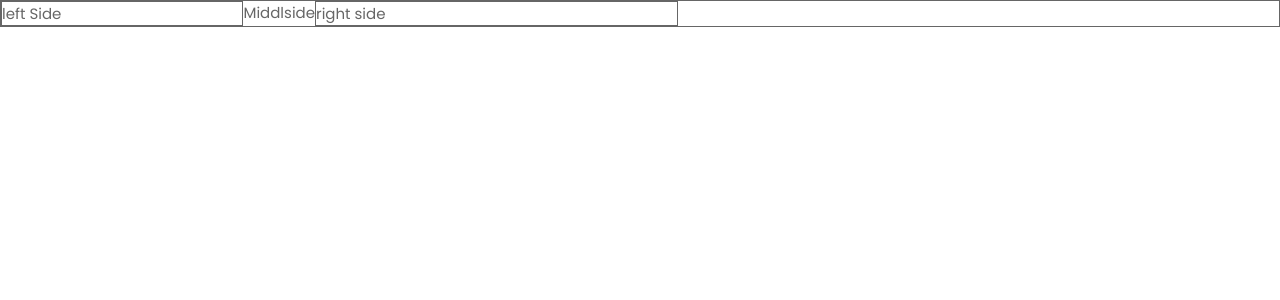
Repository: phantinhtam/IT_Moments
Page: / (app in client/)
The author's editor kept a copy of each file at every save. The page is drawn from the files as they stood at one save, then again after a run of saves.
The browser window is 1280 px wide. The pictures show the whole page.
The project was rebuilt for these pictures with package versions that can differ from the ones it lists, and the page was loaded fresh each time. Also part of the build but not shown: client/src/slide.css, client/src/comporments/Header.jsx, client/src/comporments/Footer.jsx, client/src/comporments/Layout.jsx, client/src/pages/ErrorPage.jsx, client/src/comporments/PostAuthor.jsx, client/src/comporments/PostItem.jsx, client/src/data.js and 7 more.

Above is the page before, as saved 2024-08-24 10:34:41.

### client/public/index.html
<!DOCTYPE html>
<html lang="en">
  <head>
    <meta charset="utf-8" />
    <meta name="viewport" content="width=device-width, initial-scale=1" />
    <meta name="theme-color" content="#000000" />
    <meta
      name="description"
      content="Web site created using create-react-app"
    />


    <title>React App</title>
  </head>
  <body>
    <noscript>You need to enable JavaScript to run this app.</noscript>
    <div id="root"></div>

  </body>
</html>

### client/src/index.js
import React from 'react';
import ReactDOM from 'react-dom/client';
import {RouterProvider, createBrowserRouter } from 'react-router-dom';
import './index.css';
import './slide.css';
import Layout from './comporments/Layout';
import ErrorPage from './pages/ErrorPage';
import Home from './pages/Home';
import PostDetail from './pages/PostDetail';
import Create from './pages/Create'
import Authors from './pages/Authors'
import PostDetail1 from './pages/Post_Detail1';
import App from './IG/App';



const router = createBrowserRouter([
  {
    path: "/",
    element:<Layout/>,
    errorElement: <ErrorPage/>,
    children: [
         {index: true, element: <Home /> },
         {path: "posts/:id", element: <PostDetail />},
         {path: "post/:id", element: <PostDetail1 />},
         {path: "authors", element: <Authors />},
         {path: "create", element: <Create />},



    ]

  }
])

const root = ReactDOM.createRoot(document.getElementById('root'));
root.render(
  <React.StrictMode>
    {/* <RouterProvider router={router}/> */}
    <App/>
  </React.StrictMode>
);

### client/src/index.css
/*=============== GOOGLE FONTS ===============*/
@import url("https://fonts.googleapis.com/css2?family=Lora:wght@400;500&family=Poppins:wght@400;500&display=swap");

/*=============== VARIABLES CSS ===============*/
:root {
  --header-height: 3.5rem;

  /*========== Colors ==========*/
  /*Color mode HSL(hue, saturation, lightness)*/
  --first-color: hsl(237, 57%, 55%);
  --second-color: hsl(221, 76%, 47%);
  --gradient-color: linear-gradient(75deg,
      var(--second-color) 12%,
      var(--first-color) 90%);
  --first-color-light: hsl(245, 53%, 26%);
  --first-color-dark: hsl(201, 41%, 46%);
  --title-color: hsl(260, 80%, 18%);
  --text-color: hsl(0, 0%, 100%);
  --text-color-light: hsl(260, 16%, 65%);
  --white-color: hsl(0, 0%, 100%);
  --body-color: hsl(0, 0%, 100%);
  --container-color: hsl(0, 0%, 100%);

  /*========== Font and typography ==========*/
  /*.5rem = 8px | 1rem = 16px ...*/
  --body-font: "Poppins", sans-serif;
  --second-font: "Lora", serif;
  --biggest-font-size: 2.75rem;
  --bigger-font-size: 2rem;
  --big-font-size: 1.75rem;
  --h1-font-size: 1.5rem;
  --h2-font-size: 1.25rem;
  --h3-font-size: 1rem;
  --normal-font-size: .938rem;
  --small-font-size: .813rem;
  --smaller-font-size: .75rem;

  /*========== Font weight ==========*/
  --font-width: 50%;
  --font-medium: 500;

  /*========== z index ==========*/
  --z-tooltip: 10;
  --z-fixed: 100;
}

/*========== Responsive typography ==========*/
@media screen and (min-width: 1152px) {
  :root {
    --container-color: #f0f0f0;
    --first-color: hsl(221, 33%, 81%);
    --title-color: #333;
    --text-color: #666;
    --body-color: #fff;
  }
}

/*=============== BASE ===============*/
* {
  box-sizing: border-box;
  padding: 0;
  margin: 0;
}

html {
  scroll-behavior: smooth;
}

body,
input,
button {
  font-family: var(--body-font);
  font-size: var(--normal-font-size);
}

body {
  background-color: var(--body-color);
  color: var(--text-color);
}

h1,
h2,
h3,
h4 {
  color: var(--title-color);
  font-weight: var(--font-regular);
}

ul {
  list-style: none;
}

a {
  text-decoration: none;
}

img {
  max-width: 100%;
  height: auto;
}

/*============Header===========*/

section {
  margin-top: 10rem;
}

.container {
  width: var(--container-color);
  margin-inline: auto;
}

.btn {
  display: inline-block;
  width: fit-content;
  padding: 0.55rem 1rem;
  border-radius: var(--gradient-color);
  background: var(--white-color);
  font-weight: 400;
  cursor: pointer;
  transition: all;
}

.btn.primary {
  background: var(--first-color);
  color: rgb(59, 59, 170);
}

.btn.category {
  background: var(--first-color);
  color: var(--container-color);
  font-size: 0.75rem;
  font-weight: 400;
}

.btn.sm {
  font-size: 0.8rem;
  padding: 0.3rem 0.7rem;
  font-weight: 500;
}


.center {
  text-align: center;
  padding-top: 5rem;
  margin-inline: center;
  display: block;
  width: 100%;
}

/*============================= NAVIGATION ==========================*/
/* nav {
  width: 100%;
  height: 3rem;
  display: grid;
  place-items: center;
  background: rgba(232, 232, 232, 0.599);
  position: fixed;
  top: 0;
  left: 0;
  z-index: 1;
  backdrop-filter: blur(20px);
}

.nav__container {
  display: flex;
  justify-content: space-between;
  align-items: center;
  height: 100%;
}

.nav__menu {
  display: flex;
  align-items: center;
  gap: 1rem;
} */
/* Đặt các thuộc tính cho nav */
/* Đặt các thuộc tính cho nav */
nav {
  background-color: #f8f9fa;
  padding: 10px 20px;
  box-shadow: 0 2px 4px rgba(0, 0, 0, 0.1);
}

.nav__container {
  display: flex;
  justify-content: space-between;
  align-items: center;
  font-size: 14px;
}

.nav__logo {
  margin-right: auto;
}

.nav__menu {
  list-style: none;
  display: flex;
  margin: 0;
  padding: 0;
}

.nav__menu li {
  margin-right: 20px;
}

.nav__menu li a {
  text-decoration: none;
  color: #007bff;
  font-size: 16px;
  font-weight: bold;
}

.nav__menu li a:hover {
  color: #0056b3;
  text-decoration: underline;
}

.nav__date-time {
  color: #666666;
  font-style: italic;
}
/*============================= POSTS ==========================*/
.container {
  display: grid;
  grid-template-columns: repeat(4, 1fr);
  gap: 2rem;
}

.post__container {
  grid-column: 1 / 4;
  display: grid;
  grid-template-columns: repeat(3, 1fr);
  gap: 2rem;
  padding: 2rem;
}

.post__container img {
  width: 400px;
  height: 200px;
}

.post {
  background: var(--container-color);
  border-radius: var(--first-color);
  padding: 1rem;
  transition: box-shadow 0.3s ease-in-out;
  cursor: pointer;
  display: flex;
  flex-direction: column;
  height: 100%;
}

.post:hover {
  box-shadow: 0 4px 8px rgba(0, 0, 0, 0.2);
}

.post__thumbnail {
  border-radius: var(--body-color);
  overflow: hidden;
  margin-bottom: 10px;
}

.post__thumbnail img {
  width: 100%;
  height: 200px;
  object-fit: cover;
  transition: transform 0.3s ease-in-out;
}

.post__thumbnail img:hover {
  transform: scale(1.05);
}

.post__content {
  display: flex;
  flex-direction: column;
  justify-content: space-between;
  height: 100%;
}

.post__content h3 {
  margin: 0.5rem 0 0.6rem;
  font-size: 1.2rem;
  font-weight: bold;
  min-height: 2.5rem;
  max-height: 2.5rem;
  overflow: hidden;
  text-overflow: ellipsis;
  white-space: nowrap;
  color: var(--title-color);
}

.post__content p {
  margin: 0.5rem 0;
  font-size: 0.9rem;
  color: var(--text-color);
  min-height: 3rem;
  max-height: 4rem;
  overflow: hidden;
  text-overflow: ellipsis;
}

.post__footer {
  display: flex;
  justify-content: space-between;
  align-items: flex-end;
  margin-top: 2rem;
}

.post__author {
  display: flex;
  align-items: flex-start;
  gap: 1rem;
}

.post__author-avatar {
  width: 2.5rem;
  height: 2.5rem;
  border-radius: 50%;
  overflow: hidden;
}

.post__author-avatar img {
  width: 100%;
  height: 100%;
  object-fit: cover;
  margin-bottom: 10px;
}

/*======================Sidear==============================*/
.sidebar {
  grid-column: 4 / 5;
  padding: 20px 10px;
  background: #f1f1f1; /* Màu nền nhạt hơn */
  margin-top: 60px;
  border-radius: 8px; /* Bo góc các cạnh */
  box-shadow: 0 4px 8px rgba(0, 0, 0, 0.1); /* Đổ bóng nhẹ */
}

.sidebar .LeftSide {
  display: flex;
  flex-direction: column;
}

.sidebar .LeftSide .Title-Left {
  padding: 20px 30px;
  border-top: 2px solid #ccc; /* Sử dụng màu xám nhạt */
}

.sidebar .LeftSide .Title {
  padding: 20px 30px;
  border-top: 2px solid #ccc;
  background-color: #ffffff; /* Màu nền trắng để nổi bật hơn */
  border-radius: 8px; /* Bo góc cho các phần bên trong */
  margin-top: 10px; /* Thêm khoảng cách giữa các bài đăng */
}

.sidebar .LeftSide .Title h3 {
  font-size: 22px;
  color: #333333; /* Màu chữ đậm hơn */
}

.sidebar .LeftSide .Title-Left h3 {
  font-size: 24px;
  color: #444444;
}

.sidebar .LeftSide .Title-Left a {
  font-size: 16px;
  color: #333; /* Màu xám tối để tạo sự hài hòa và dễ đọc */
  text-decoration: none;
  background-color: #f0f0f0; /* Màu nền sáng cho phần liên kết để nổi bật */
  border-radius: 4px; /* Bo góc cho liên kết để trông mềm mại hơn */
  padding: 4px 8px; /* Khoảng cách bên trong liên kết */
  display: inline-block; /* Để padding và background-color hoạt động đúng */
  transition: background-color 0.3s, color 0.3s; /* Hiệu ứng chuyển màu mượt mà khi hover */
}

.sidebar .LeftSide .Title-Left a:hover {
  color: #007bff; /* Màu xanh dương cho văn bản khi hover */
  background-color: #e6e6e6; /* Màu nền sáng hơn khi hover */
}

.sidebar .LeftSide .Title-Left a span {
  display: inline-block; /* Để phần span có thể nhận padding và background-color */
  padding: 2px 4px; /* Khoảng cách bên trong phần span */
}

.sidebar .LeftSide .Title ul {
  margin-top: 20px;
  color: #555555; /* Màu xám đậm */
}

.sidebar .LeftSide .Title ul li {
  list-style: none;
  margin-top: 10px; /* Thêm khoảng cách giữa các mục */
  font-weight: 600;
  cursor: pointer;
  color: #007bff; /* Màu xanh dương nhẹ */
  transition: color 0.3s ease; /* Hiệu ứng chuyển màu mượt mà */
}

.sidebar .LeftSide .Title ul li:hover {
  color: #0056b3; /* Đổi màu khi hover */
}

.sidebar .LeftSide .Title .font_post {
  margin-top: 10px;
  padding-left: 10px;
  color: #000;
  text-decoration: none;
}

.sidebar .LeftSide .Title .font_post:hover {
  color: #007bff; /* Đổi màu khi hover */
  text-decoration: underline;
}

.post-sidebar__thumbnail {
  max-height: 20rem; /* Giảm chiều cao để cân đối */
  overflow: hidden;
  margin: 10px 0 0 0; /* Giảm khoảng cách */
  border-radius: 8px; /* Bo góc cho hình ảnh */
}
/*======================= Post Detail==========================*/
.post-detail {
  padding: 20px;
  background-color: var(--body-color); /* Màu nền của trang */
}

.post-detail__container {
  display: flex;
  flex-direction: column;
  gap: 2rem; /* Khoảng cách giữa các bài viết */
}

/* Định dạng cho từng bài viết */
.post {
  display: flex;
  flex-direction: column;
  background-color: var(--container-color); /* Màu nền của bài viết */
  border-radius: 8px; /* Bo góc cho các phần tử */
  box-shadow: 0 4px 8px rgba(0, 0, 0, 0.1); /* Đổ bóng nhẹ */
  overflow: hidden; /* Ẩn phần tử tràn ra ngoài */
  transition: box-shadow 0.3s ease-in-out; /* Hiệu ứng chuyển tiếp cho đổ bóng */
}

.post:hover {
  box-shadow: 0 6px 12px rgba(0, 0, 0, 0.2); /* Tăng đổ bóng khi hover */
}

/* Định dạng cho phần hình ảnh thumbnail */
.thumbnail {
  width: 500px;
  height: 400px; /* Chiều cao cố định cho hình ảnh */
  overflow: hidden;
}

.thumbnail img {
  width: 100%;
  height: 100%;
  object-fit: cover; /* Đảm bảo hình ảnh phủ đầy không bị bóp méo */
  transition: transform 0.3s ease-in-out; /* Hiệu ứng chuyển tiếp cho hình ảnh */
}

.thumbnail img:hover {
  transform: scale(1.05); /* Phóng to hình ảnh khi hover */
}

/* Định dạng cho nội dung bài viết */
.content-pdetail {
  padding: 20px;
}

.content-pdetail h1 {
  font-size: 1.5rem;
  color: var(--title-color); /* Màu tiêu đề bài viết */
  margin-bottom: 10px;
}

.content-pdetail p {
  font-size: 1rem;
  color: var(--text-color); /* Màu văn bản */
  margin-bottom: 20px;
}
/*============================= Post Detail1 ==========================*/
.post-detail1 {
  padding-left: 300px;
  padding-right: 700px;
  background-color: var(--body-color); /* Màu nền của trang */
}
.content-pdetail1 h1{
  font-size: 30px;
  font-style: italic;
  color: var(--title-color); /* Màu tiêu đề bài viết */
  margin-bottom: 10px;
}
.content-pdetail1 p{
  font-size: 16px;
  color: var(--title-color); /* Màu tiêu đề bài viết */
  margin: 10px;
}
/* Định dạng cho phần hình ảnh thumbnail1 */
.thumbnail1 {
  width: 659,992px;
  height: 439.995px;
  margin: 10px;
  border-radius: 30px;
  object-fit: cover; /* Đảm bảo hình ảnh phủ đầy không bị bóp méo */
}

.thumbnail1 img {
  width: 100%;
  height: 100%;
  transition: transform 0.3s ease-in-out; /* Hiệu ứng chuyển tiếp cho hình ảnh */
}

.thumbnail1 img:hover {
  transform: scale(1.05); /* Phóng to hình ảnh khi hover */
}

### client/src/IG/App.jsx
import './App.css';

function App(){
    return(
        <div className="App">
            <div className='leftSideHome'>
             left Side
            </div>
            <div className='middlSide'>
              Middlside
            </div>
            <div className='rightSide'>
                right side
            </div>
        </div>
    )
}

export default App;

### client/src/IG/App.css
.App{
    padding: 0;
    margin: 0;
    box-sizing: border-box;
    border: 1px solid;
    display: flex;
}
.leftSideHome{
    flex: 0.2;
    border: 1px solid;
}
.rightSide{
    border: 1px solid;
    flex: 0.3;
}

After the next 3 saves:
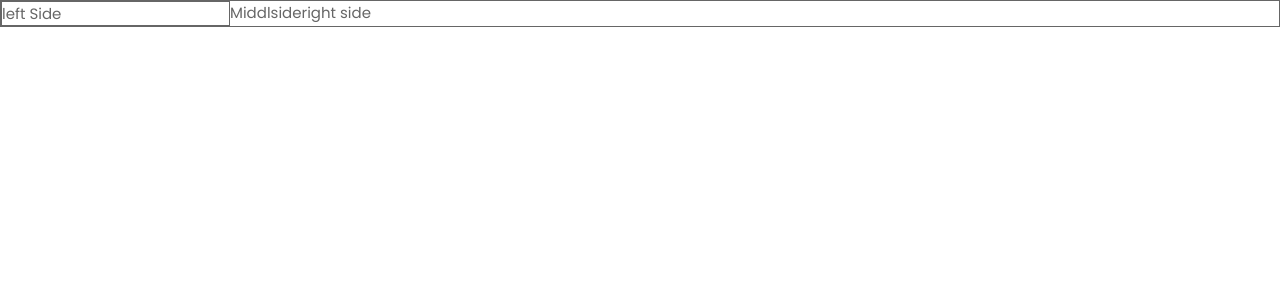
The 3 saves are shown as one change because they came seconds apart.
The last was saved 105 s later.
--- a/client/src/IG/App.css
+++ b/client/src/IG/App.css
@@ -9,6 +9,7 @@
     flex: 0.2;
     border: 1px solid;
 }
+.mid
 .rightSide{
     border: 1px solid;
     flex: 0.3;

After the 4 saves that followed:
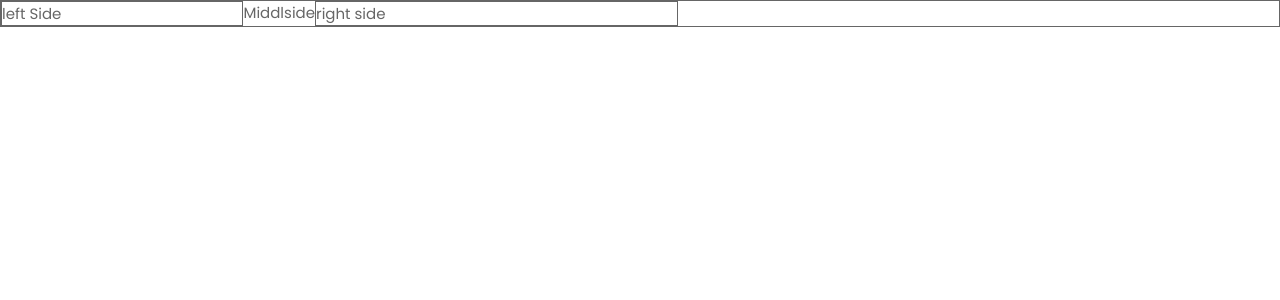
The 4 saves are shown as one change because they came seconds apart.
The last was saved 9 s later.
--- a/client/src/IG/App.css
+++ b/client/src/IG/App.css
@@ -9,7 +9,9 @@
     flex: 0.2;
     border: 1px solid;
 }
-.mid
+.middlSide{
+
+}
 .rightSide{
     border: 1px solid;
     flex: 0.3;
